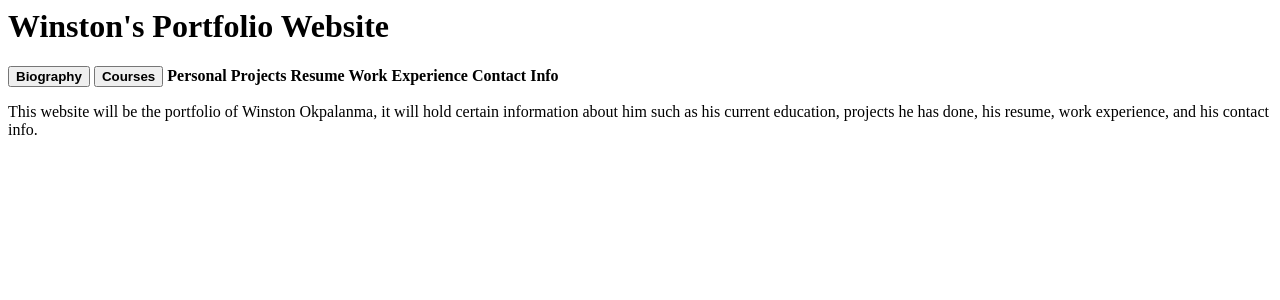
Repository: wokpalanma2020/portfolio
Page: index.html
The author's editor kept a record of every edit. The page is drawn from the files as they stood at one moment, then again after the next edit.
The browser window is 1280 px wide. The pictures show the whole page.

Above is the page before.

After the next edit:
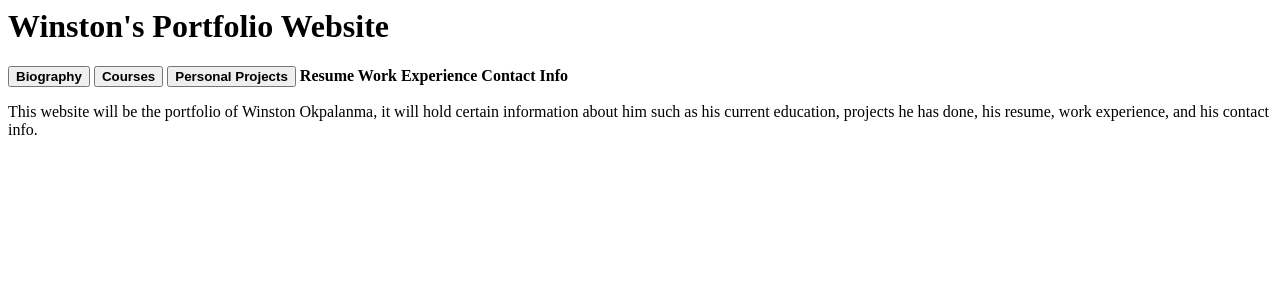
The edit:
--- a/index.html
+++ b/index.html
@@ -20,7 +20,9 @@
       </l1>
 
       <l1>
-        <b>Personal Projects </b>
+        <button>
+          <b>Personal Projects </b>
+        </button>
       </l1>
 
       <l1>
